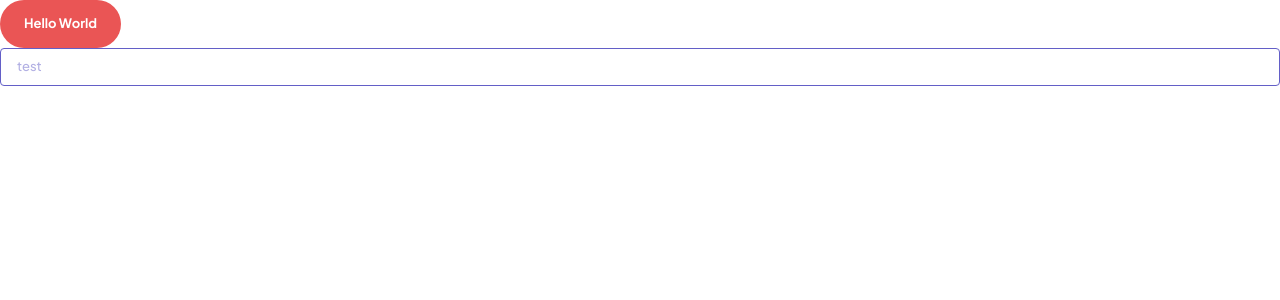
Repository: Baraajad231/Kanban-Board
Page: /
The author's editor kept a copy of each file at every save. The page is drawn from the files as they stood at one save, then again after a run of saves.
The browser window is 1280 px wide. The pictures show the whole page.
The project was rebuilt for these pictures with package versions that can differ from the ones it lists, and the page was loaded fresh each time. Also part of the build but not shown: vite.config.js.

Above is the page before, as saved 2026-03-24 15:03:07.

After the next 2 saves:
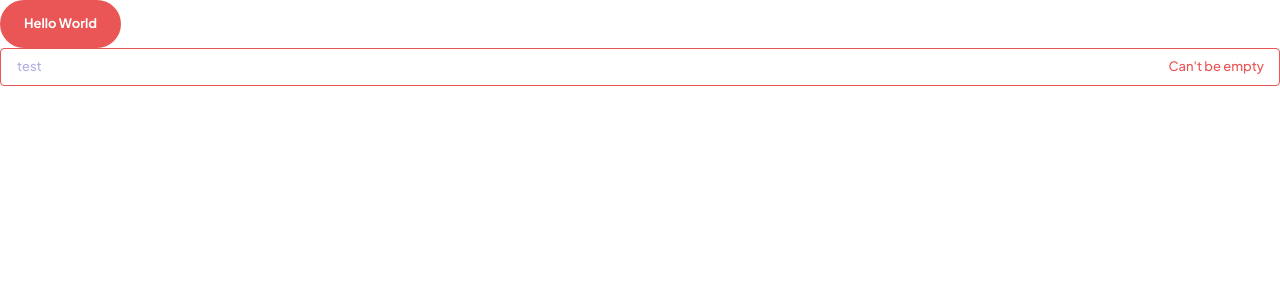
The 2 saves are shown as one change because 1 did not build or start.
The last was saved 45 s later.
--- a/src/App.jsx
+++ b/src/App.jsx
@@ -3,11 +3,11 @@
 
 function App() {
   return (
-    <div className="font-jakarta text-heading-xl text-main-purple ">
+    <div className="font-jakarta text-heading-xl text-main-purple">
       <Button variant="destructive" size="lg">
         Hello World
       </Button>
-      <TextField placeholder="test" />
+      <TextField placeholder="test" isInvalid />
     </div>
   );
 }
